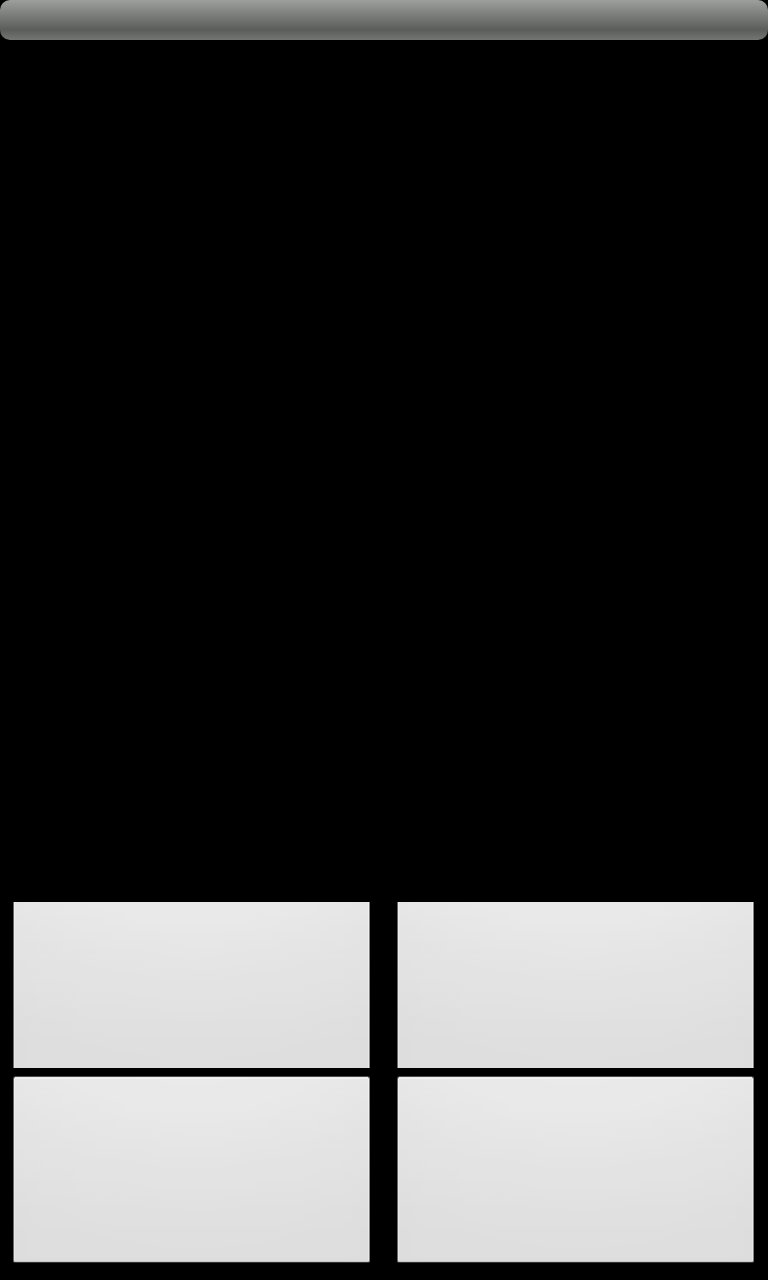
Repository: aster9725/HK-CityU-SummerExchange
Layout: Copy of WordQuiz/res/layout/activity_game.xml
The author's editor kept a copy of each file at every save. The layout is drawn from the files as they stood at one save, then again after the next save.
It is drawn on a 768 x 1280 px phone screen (xhdpi) without system bars, with theme android:Theme; the app's code is not run.

Above is the layout before, as saved 2014-07-24 10:19:23.

### Copy of WordQuiz/res/layout/activity_game.xml
<LinearLayout xmlns:android="http://schemas.android.com/apk/res/android"
    android:layout_width="fill_parent"
    android:layout_height="fill_parent"
    android:orientation="vertical" >

    <ProgressBar
        android:id="@+id/timerbar"
        style="?android:attr/progressBarStyleHorizontal"
        android:layout_width="match_parent"
        android:layout_height="wrap_content" />

    <TextView
        android:id="@+id/qusetion"
        android:layout_width="match_parent"
        android:layout_height="500sp"
        android:layout_weight="3"
        android:gravity="center_vertical|center_horizontal"
        android:text=""
        android:textSize="70sp" />

    <LinearLayout
        android:layout_width="match_parent"
        android:layout_height="wrap_content"
        android:layout_gravity="center_vertical|center_horizontal"
        android:orientation="horizontal"
        android:layout_weight="1" >

        <ImageButton
            android:id="@+id/btnans1"
            android:layout_width="wrap_content"
            android:layout_height="100sp"
            android:layout_gravity="center_vertical|center_horizontal"
            android:layout_margin="3sp"
            android:layout_weight="1" />

        <ImageButton
            android:id="@+id/btnans2"
            android:layout_width="wrap_content"
            android:layout_height="100sp"
            android:layout_gravity="center_vertical|center_horizontal"
            android:layout_margin="3sp"
            android:layout_weight="1" />
    </LinearLayout>

    <LinearLayout
        android:layout_width="match_parent"
        android:layout_height="wrap_content"
        android:layout_gravity="center_vertical|center_horizontal"
        android:orientation="horizontal" >

        <ImageButton
            android:id="@+id/btnans3"
            android:layout_width="wrap_content"
            android:layout_height="100sp"
            android:layout_gravity="center_vertical|center_horizontal"
            android:layout_margin="3sp"
            android:layout_weight="1" />

        <ImageButton
            android:id="@+id/btnans4"
            android:layout_width="wrap_content"
            android:layout_height="100sp"
            android:layout_gravity="center_vertical|center_horizontal"
            android:layout_margin="3sp"
            android:layout_weight="1" />
    </LinearLayout>

</LinearLayout>

After the next save:
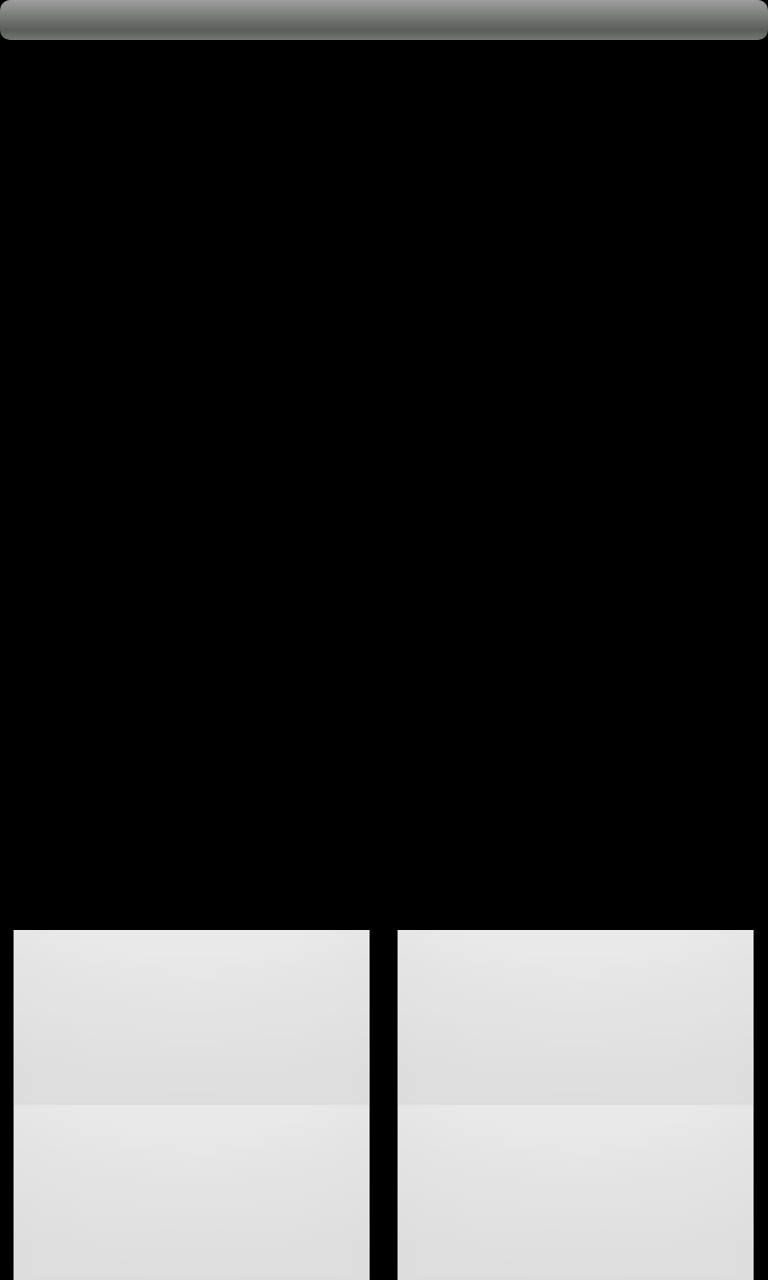
Saved 6 s later.
--- a/Copy of WordQuiz/res/layout/activity_game.xml
+++ b/Copy of WordQuiz/res/layout/activity_game.xml
@@ -46,7 +46,8 @@
         android:layout_width="match_parent"
         android:layout_height="wrap_content"
         android:layout_gravity="center_vertical|center_horizontal"
-        android:orientation="horizontal" >
+        android:orientation="horizontal"
+        android:layout_weight="1" >
 
         <ImageButton
             android:id="@+id/btnans3"
